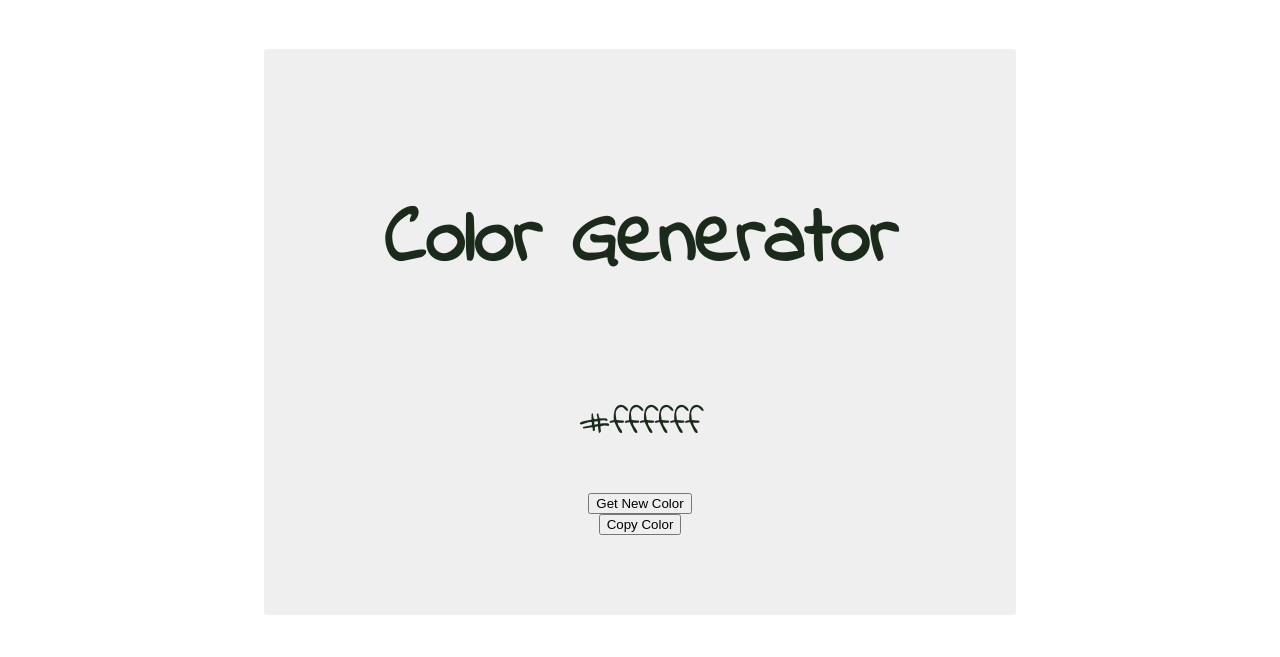
Repository: codimis/JSB-01-Color-Changer
Page: index.html
These files come from the project's save history. The page is drawn as it stood at one moment and after the next save; the edit follows.
The browser window is 1280 px wide. The pictures show the whole page.

Above is the page before, as saved 2021-09-17 01:38:33.

### index.html
<!DOCTYPE html>
<html lang="en">
<head>
    <meta charset="UTF-8">
    <meta http-equiv="X-UA-Compatible" content="IE=edge">
    <meta name="viewport" content="width=device-width, initial-scale=1.0">
    <title>Color Generator</title>
    <link rel="stylesheet" href="style.css" />
    <script defer src="color.js"></script>
</head>
<body>
    <div class="container">
        <h1>Color Generator</h1>
        <p id="currentColor">#ffffff</p>
        <button id="pickColor" onclick="setColor()">Get New Color</button>
        <button id="copyColor" onclick="copyColor()">Copy Color</button></div>
</body>
</html>

### style.css
@import url('https://fonts.googleapis.com/css2?family=Indie+Flower&display=swap');

:root {
    --color-dark: #1b2b1b;
    --color-light: #efefef;
}

body {
    font-family: "Indie Flower", sans-serif;
    color: var(--color-dark);
    display: grid;
    place-items: center;
    min-height: 90vh;
    min-width: 90vw;
    font-size: 2.5rem;
}

.container {
    background-color: var(--color-light);
    padding: 2em 3em;
    display: flex;
    flex-direction: column;
    align-items: center;
    border-radius: 3px;
    box-shadow: ;
}

Loaded but not shown: color.js (no stored copy; drawn as an empty file)

After the next save:
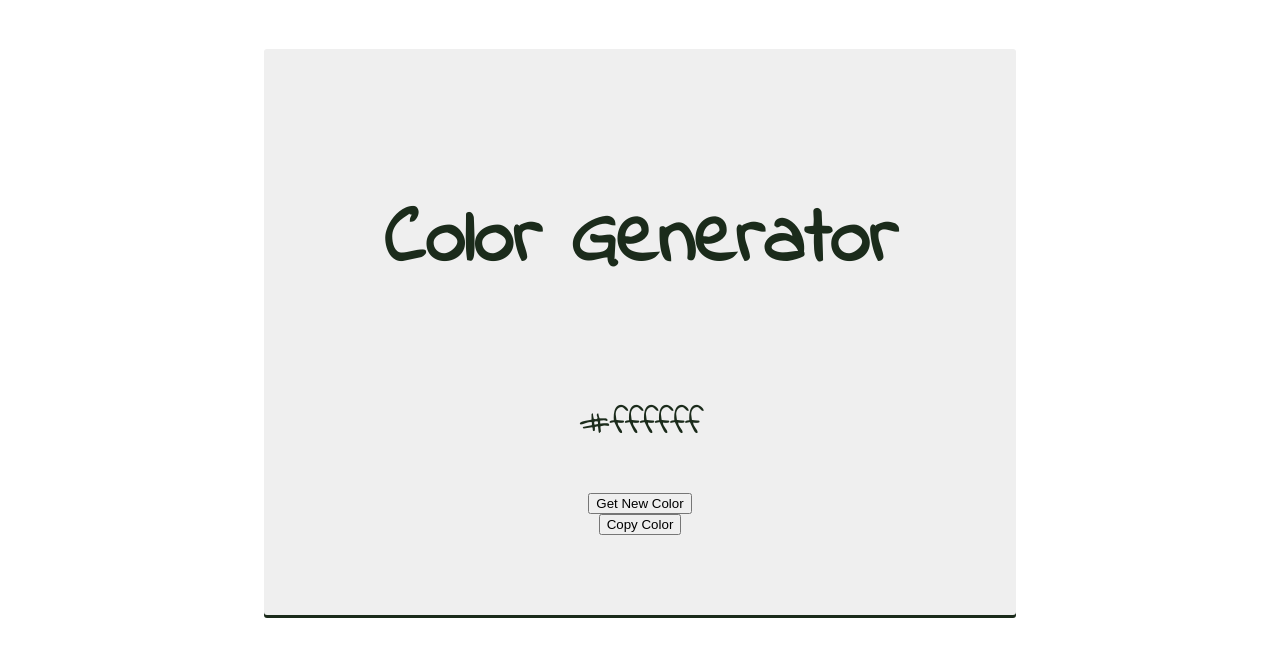
Saved 8 s later.
--- a/style.css
+++ b/style.css
@@ -22,5 +22,5 @@
     flex-direction: column;
     align-items: center;
     border-radius: 3px;
-    box-shadow: ;
+    box-shadow: 0 3px ;
 }

After the save that followed:
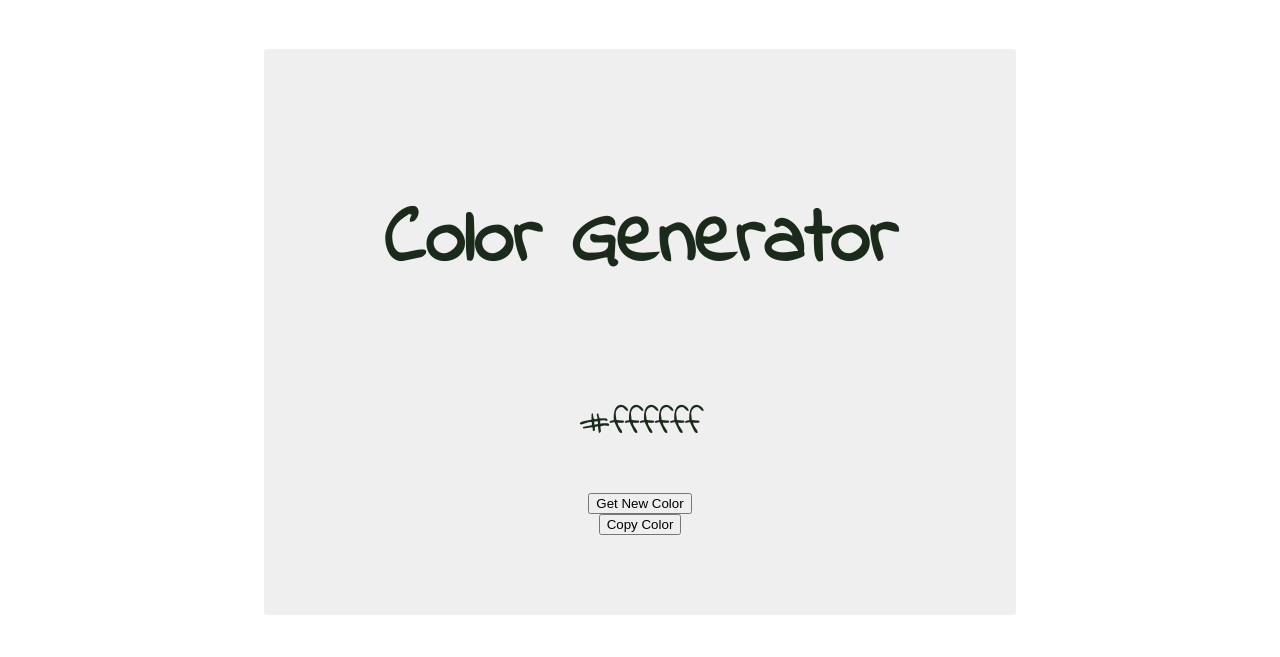
Saved 5 s later.
--- a/style.css
+++ b/style.css
@@ -22,5 +22,5 @@
     flex-direction: column;
     align-items: center;
     border-radius: 3px;
-    box-shadow: 0 3px ;
+    box-shadow: 0 3px 4px rgb;
 }
